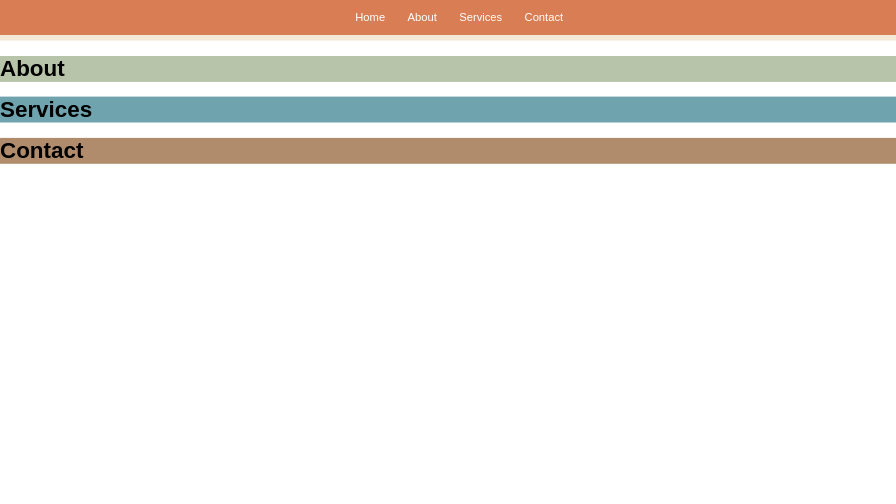
Repository: danichimescu/tema_unu_
Page: index.html
An editor plug-in stored every save of this project. The page is shown before and after the next save, followed by the edit.
The browser window is 1280 px wide. The pictures show the part of the page from y = 0 to 1920 px (the page is 720 px tall before and 3680 px after), at 70% of full size.

Above is the page before, as saved 2025-10-06 01:48:25.

After the next save:
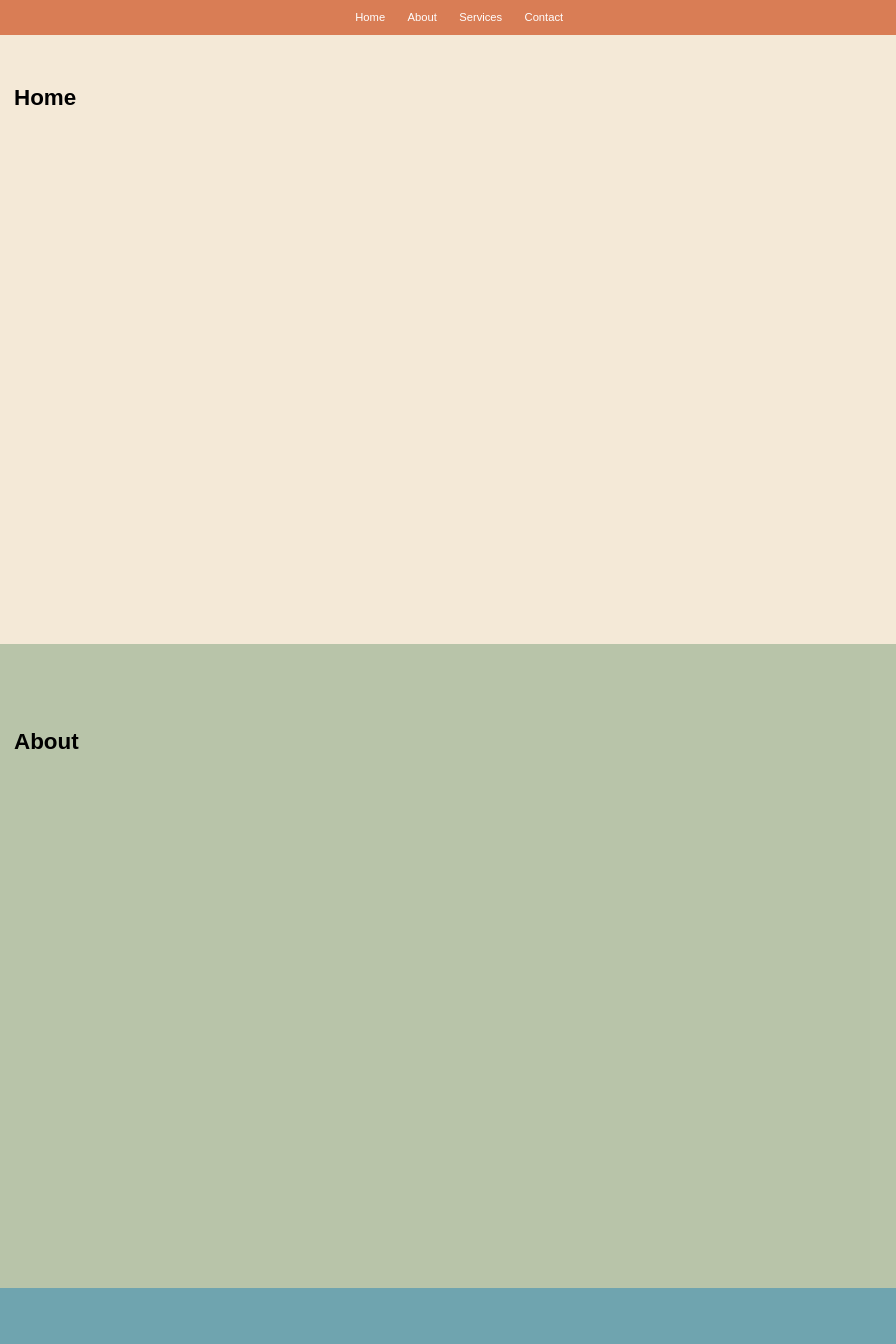
Saved 4 s later.
--- a/style.css
+++ b/style.css
@@ -26,7 +26,7 @@ nav a {
     text-decoration: none;
 }
 
-section {
+div {
     padding: 100px 20px;
     /* margin-top: 60px; */
     height: 100vh;
